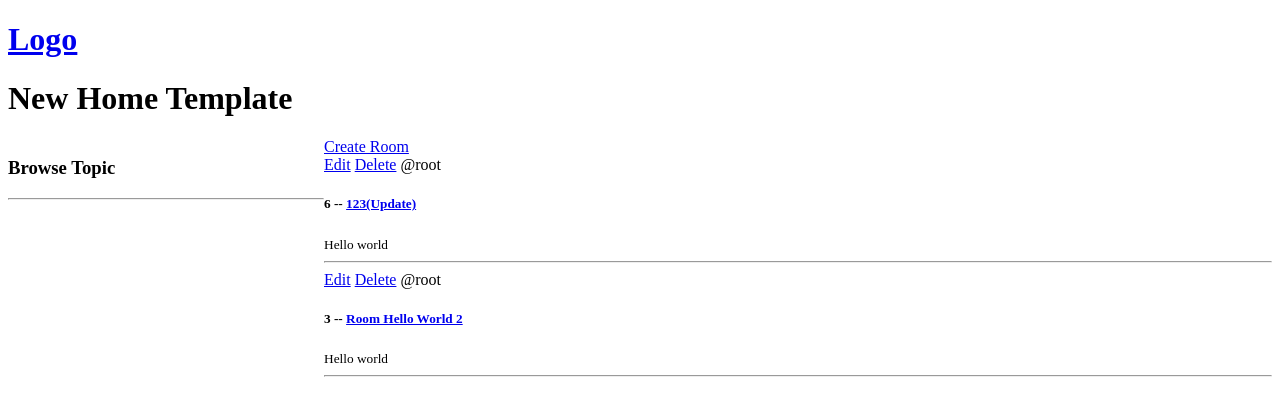
Repository: DZESU/studybug_django
Page: http://localhost/
These files come from the project's save history. The page is drawn as it stood at one moment and after a run of saves; the edit follows.
The browser window is 1280 px wide. The pictures show the whole page.
The page is served by the project's application, run on Django 4.2 (manage.py). The page reads the database file committed with the project.

Above is the page before, as saved 2022-08-02 22:27:07.

After the next 2 saves:
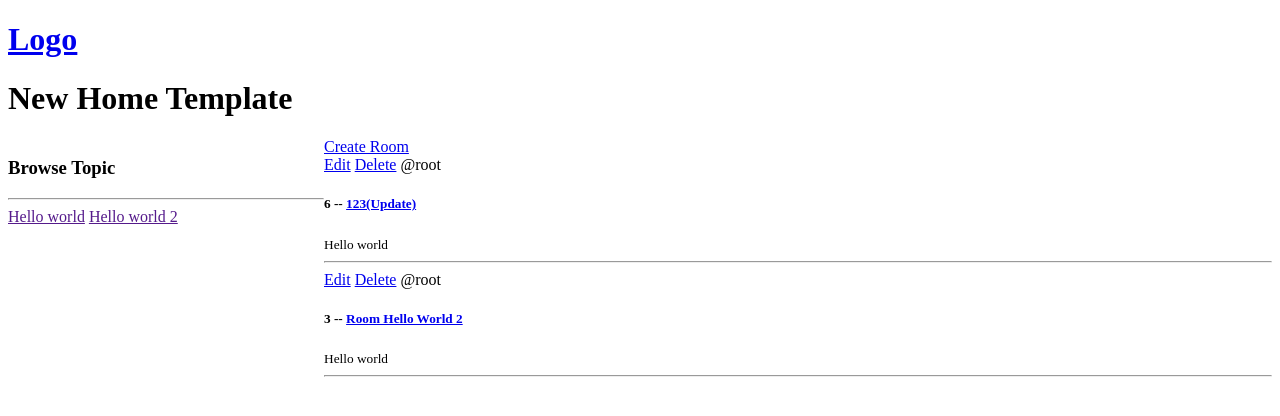
The 2 saves are shown as one change because 1 did not build or start.
The last was saved 3 min 27 s later.
--- a/base/templates/base/home.html
+++ b/base/templates/base/home.html
@@ -12,6 +12,10 @@
   <div>
     <h3>Browse Topic</h3>
     <hr>
+    {% for topic in topics %}
+    <a href="">{{topic.name}}</a>
+
+    {% endfor %}
   </div>
 
   <div>
--- a/base/views.py
+++ b/base/views.py
@@ -1,6 +1,6 @@
 from django.http import HttpResponse
 from django.shortcuts import redirect, render
-from .models import Room
+from .models import Room, Topic
 from .forms import RoomForm
 
 # Create your views here.
@@ -13,7 +13,8 @@ from .forms import RoomForm
 
 def home(request):
     rooms = Room.objects.all()
-    context = {'rooms': rooms}
+    topics = Topic.objects.all()
+    context = {'rooms': rooms, 'topics': topics}
     return render(request, 'base/home.html', context)
 
 
